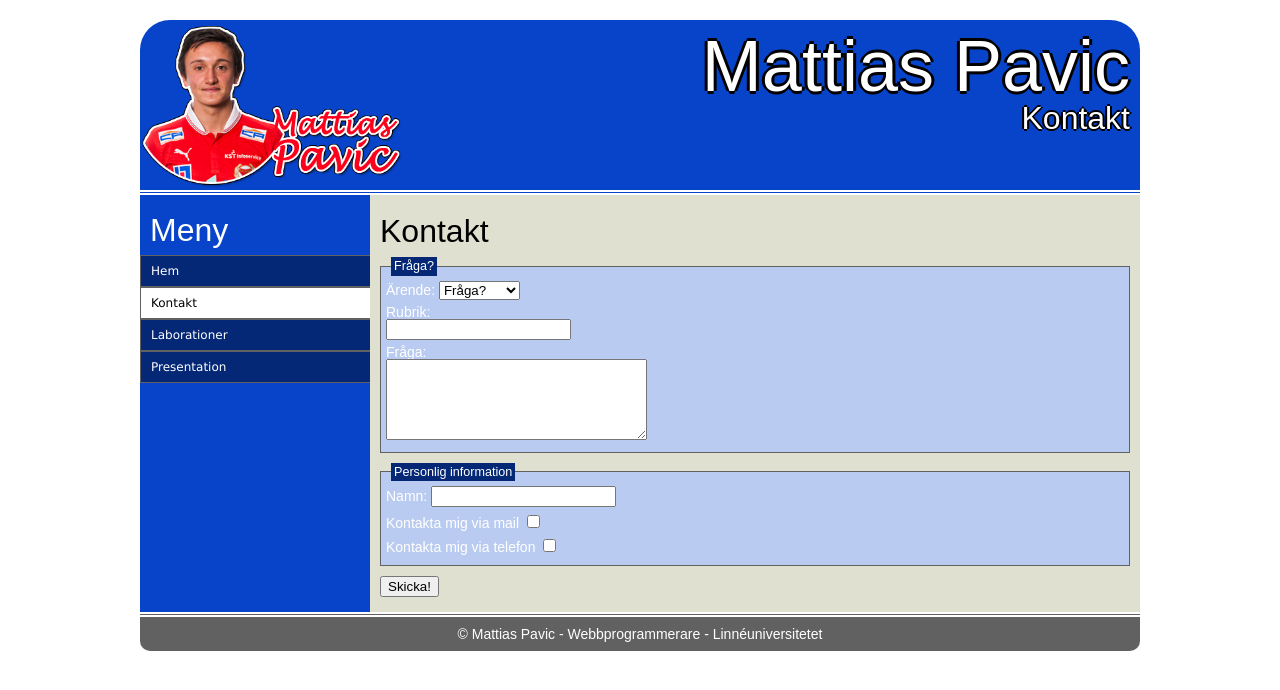
Repository: mp222sf/1ik415-laborationer
Page: pages/kontakt.html
The author's editor kept a record of every edit. The page is drawn from the files as they stood at one moment, then again after the next edit.
The browser window is 1280 px wide. The pictures show the whole page.

Above is the page before.

After the next edit:
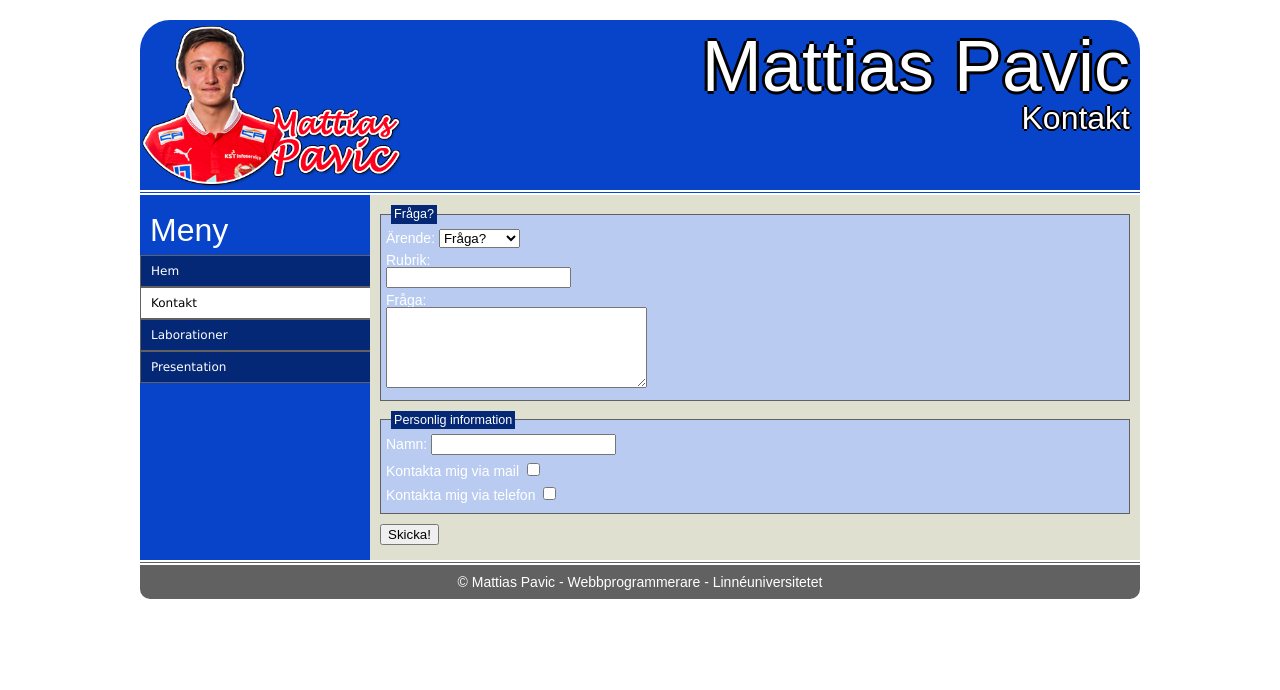
The edit:
--- a/pages/kontakt.html
+++ b/pages/kontakt.html
@@ -23,7 +23,6 @@
             </div>
             <div id="content">
                 <!--Här skriver vi infomation.-->
-                <h3 id="kontakt">Kontakt</h3>
 
                 <form action="http://voyager.lnu.se/tekinet/kurser/dtt/wp_webbintro/form.php" method="POST">
                     <fieldset>
